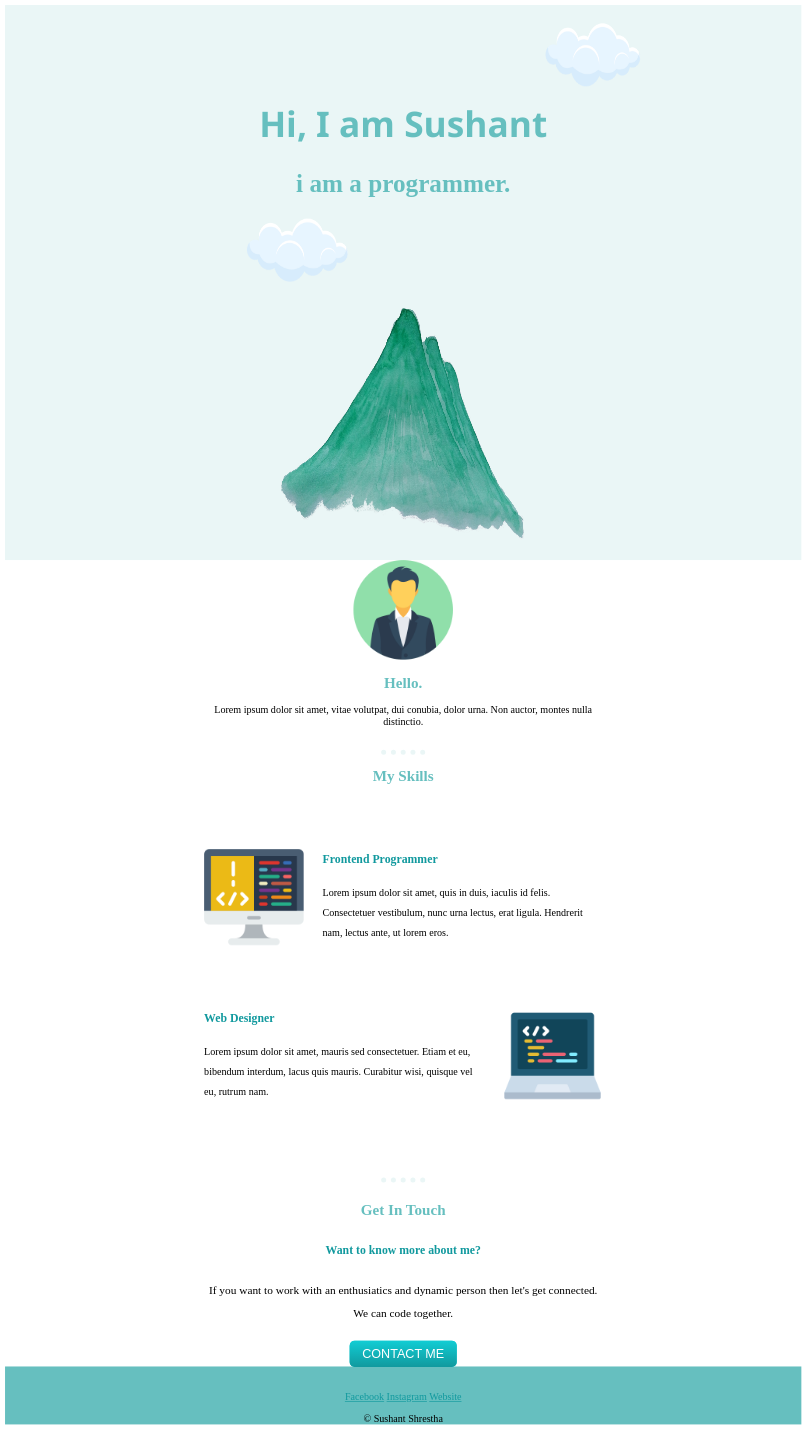
Repository: Sushant203/myPersonalSite
Page: index.html
The author's editor kept a copy of each file at every save. The page is drawn from the files as they stood at one save, then again after the next save.
The browser window is 1280 px wide. The pictures show the whole page, at 63% of full size.

Above is the page before, as saved 2022-12-13 19:21:01.

After the next save:
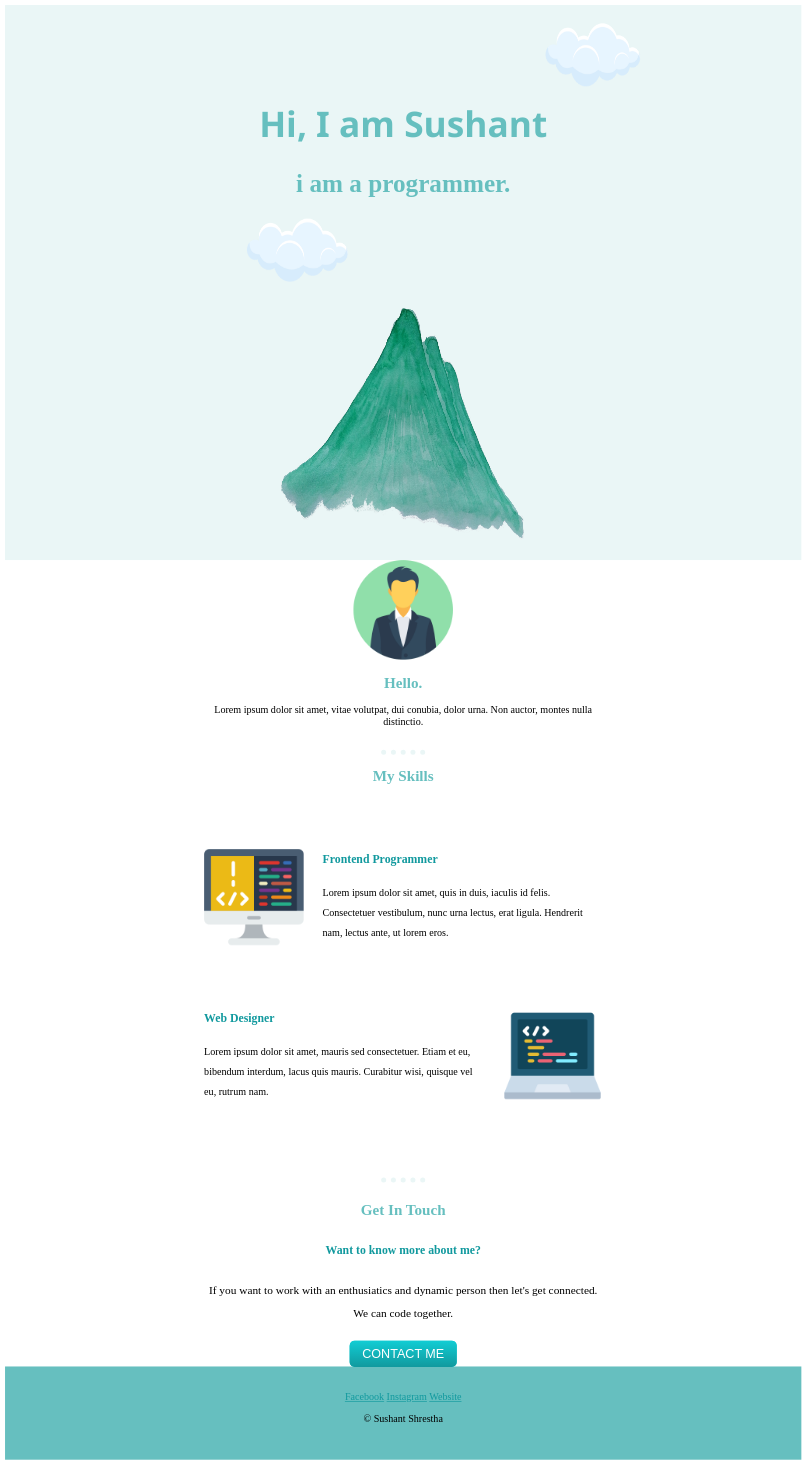
Saved 8 s later.
--- a/css/style.css
+++ b/css/style.css
@@ -156,6 +156,6 @@ hr{
 
   .bottom-container{
     text-align: center;
-    padding-top: 40px;
+    padding: 40px;
     background-color: #66BFBF;
   }
